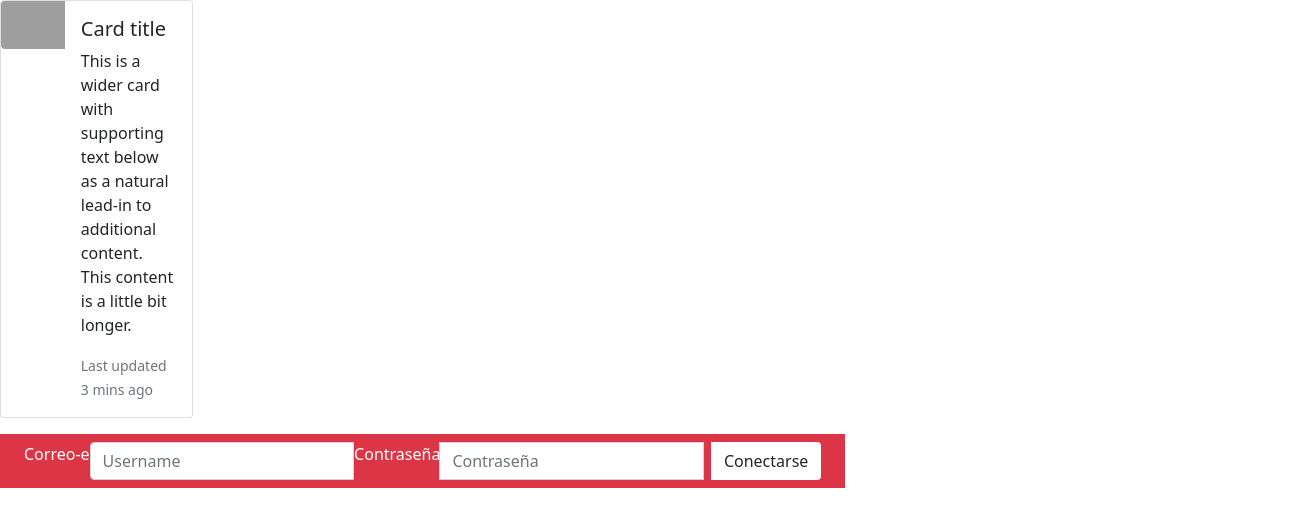
Repository: nicorp00/bootstrapSass
Page: Main/index.html
These files come from the project's save history. The page is drawn as it stood at one moment and after the next save; the edit follows.
The browser window is 1280 px wide. The page is 1292 px wide, so the pictures cover 1292 px, including what lies to the right of the window. The pictures show the whole page.
Pictures or frames that could not be fetched are drawn as grey boxes. The style sheet was rebuilt from its Sass, Less or Tailwind sources for each picture, by a compiler version that may differ from the author's.

Above is the page before, as saved 2022-03-25 11:08:01.

### Main/index.html
<!DOCTYPE html>
<html lang="en">
<head>
    <meta charset="UTF-8">
    <meta http-equiv="X-UA-Compatible" content="IE=edge">
    <meta name="viewport" content="width=device-width, initial-scale=1.0">
    <title>Document</title>
    <link rel="stylesheet" href="css/style.css">
    <link rel="stylesheet" href="css/bootstrap.min.css">
</head>
<body>
    <section class="section__top row">
        <div class="col-2">
            <div class="card mb-3" style="max-width: 540px;">
                <div class="row g-0">
                  <div class="col-md-4">
                    <img src="..." class="img-fluid rounded-start" alt="...">
                  </div>
                  <div class="col-md-8">
                    <div class="card-body">
                      <h5 class="card-title">Card title</h5>
                      <p class="card-text">This is a wider card with supporting text below as a natural lead-in to additional content. This content is a little bit longer.</p>
                      <p class="card-text"><small class="text-muted">Last updated 3 mins ago</small></p>
                    </div>
                  </div>
                </div>
              </div>
        </div>
        <div class="col-3"></div>
        <div class="top-nav col-8">
            <nav class="navbar navbar-danger bg-danger">
                <form class="container-fluid">
                  <div class="input-group">
                    <!--<span class="input-group-text" id="basic-addon1">@</span>-->
                    Correo-e<input type="text" class="form-control" placeholder="Username" aria-label="Correo@" aria-describedby="basic-addon1">
                    Contraseña<input class="form-control me-2" type="search" placeholder="Contraseña" aria-label="Search">
                    <button class="btn btn-outline" type="submit">Conectarse</button>
                  </div>
                </form>
              </nav>
        </div>
    </section>
    <script src="js/bootstrap.min.js"></script>
</body>
</html>

### Main/scss/style.scss
@use 'section__top';

### Main/scss/_section__top.scss
.section__top{
    span{
        margin-left: 20%;
    }
    form{
        color: white;
    }
    button{
        background-color: white;
    }
}

Loaded but not shown: Main/css/bootstrap.min.css (library); Main/js/bootstrap.min.js (library)

After the next save:
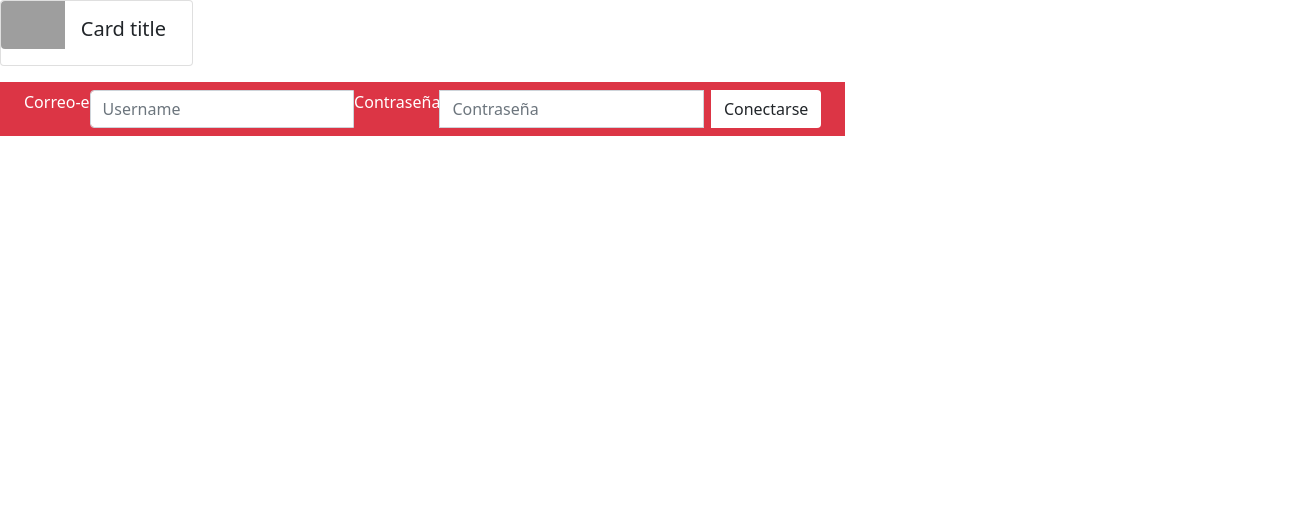
Saved 10 s later.
--- a/Main/index.html
+++ b/Main/index.html
@@ -19,8 +19,6 @@
                   <div class="col-md-8">
                     <div class="card-body">
                       <h5 class="card-title">Card title</h5>
-                      <p class="card-text">This is a wider card with supporting text below as a natural lead-in to additional content. This content is a little bit longer.</p>
-                      <p class="card-text"><small class="text-muted">Last updated 3 mins ago</small></p>
                     </div>
                   </div>
                 </div>
